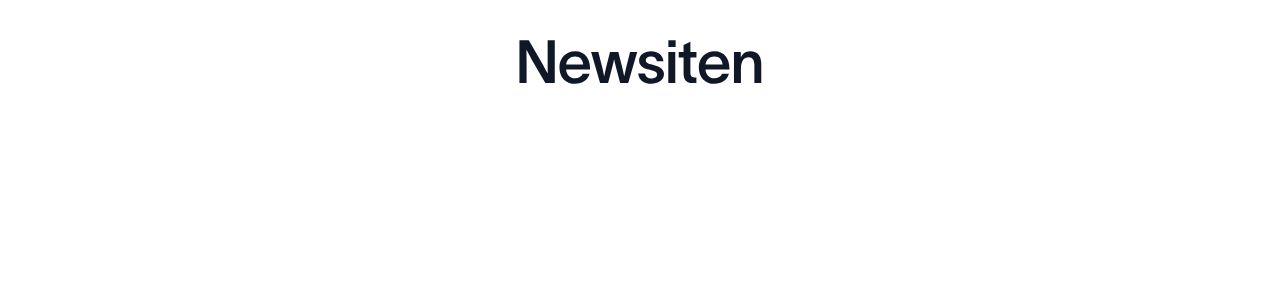
Repository: BrianPhamDev/Blog-App
Page: /
An editor plug-in stored every save of this project. The page is shown before and after the next save, followed by the edit.
The browser window is 1280 px wide. The pictures show the whole page.
The project was rebuilt for these pictures with package versions that can differ from the ones it lists, and the page was loaded fresh each time. Also part of the build but not shown: src/components/label/label.scss, src/components/label/Label.js, src/components/input/input.scss, src/components/input/Input.js, src/components/input/InputPasswordToggle.js, src/components/input/index.js, src/pages/authenticationPage/AuthenticationPage.js, src/components/button/button.scss and 9 more. Imported but missing from the stored project, and not drawn on this page: src/components/icons.

Above is the page before, as saved 2023-07-18 21:34:55.

After the next save:
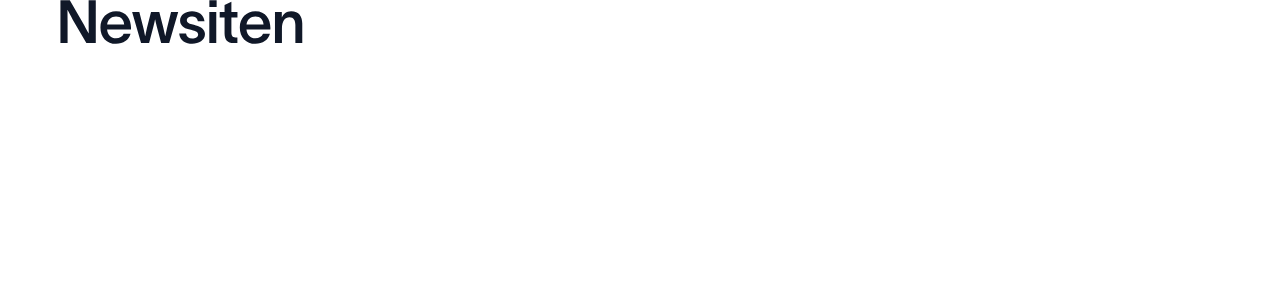
Saved 86 s later.
--- a/src/components/header/Header.js
+++ b/src/components/header/Header.js
@@ -5,7 +5,7 @@
   return (
     <div className="header">
       <a href="/">
-        <img src="./Logo.svg" alt="Daily News" className="logo" />
+        <img src="./Logo.svg" alt="Daily News" className="" />
       </a>
     </div>
   );
